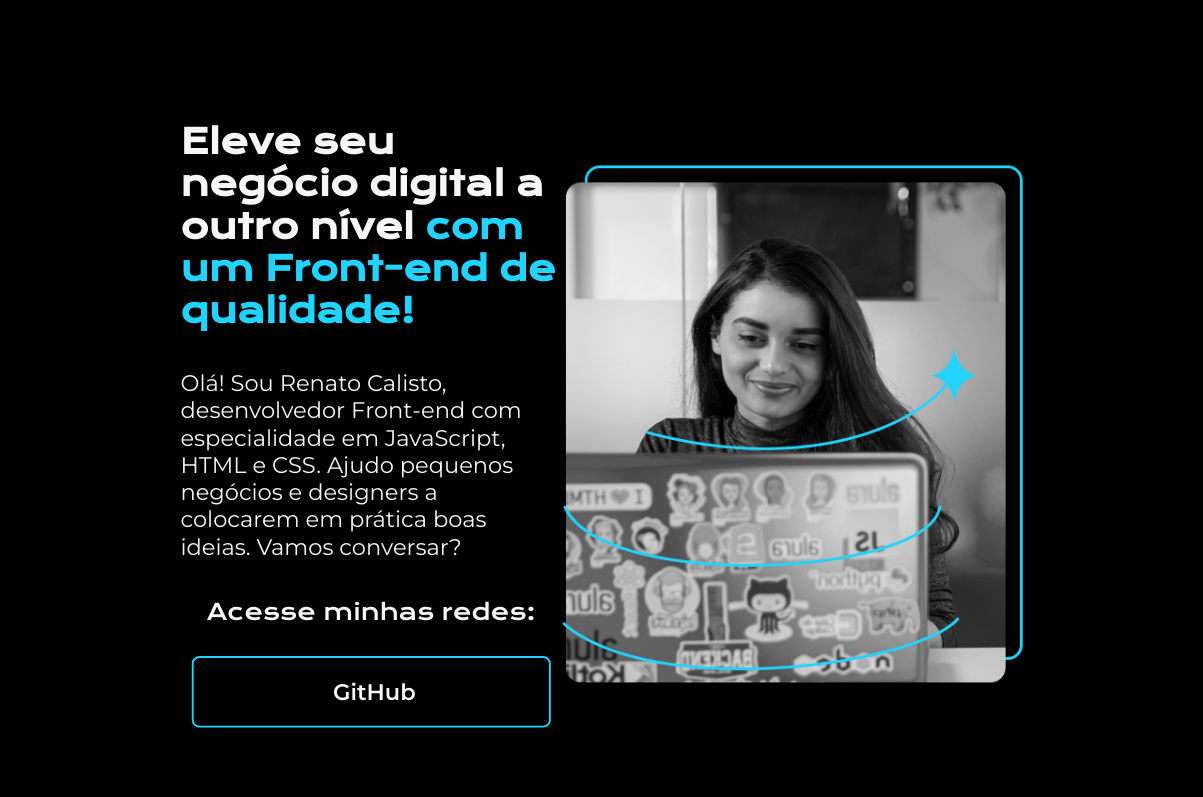
Repository: RenatoCCS/Portfolio_Alura
Page: index.html
These files come from the project's save history. The page is drawn as it stood at one moment and after the next save; the edit follows.
The browser window is 1280 px wide. The pictures show the whole page, at 94% of full size.

Above is the page before, as saved 2023-02-28 15:16:20.

### index.html
<!DOCTYPE html>
<html lang="pt-br">
  <head>
    <meta charset="UTF-8" />
    <meta http-equiv="X-UA-Compatible" content="IE=edge" />
    <meta name="viewport" content="width=device-width, initial-scale=1.0" />
    <title>Portfolio</title>
    <link rel="stylesheet" href="style.css" />
  </head>
  <body>
    <header></header>
    <main class="apresentacao">
      <section class="apresentacao__conteudo">
        <h1 class="apresentacao__conteudo__titulo">
          Eleve seu negócio digital a outro nível
          <strong class="titulo-destaque">
            com um Front-end de qualidade!
          </strong>
        </h1>
        <p class="apresentacao__conteudo__texto">
          Olá! Sou Renato Calisto, desenvolvedor Front-end com especialidade em
          JavaScript, HTML e CSS. Ajudo pequenos negócios e designers a
          colocarem em prática boas ideias. Vamos conversar?
        </p>
        <div class="apresentacao__links">
          <h2 class="apresentacao__links__subtitulo">Acesse minhas redes:</h2>

          <a
            class="apresentacao__links__link"
            href="https://github.com/RenatoCCS"
          >
            <img src="" alt="" />
            GitHub
          </a>
        </div>
      </section>
      <img
        class="apresentacao__foto"
        src="./assets/Imagem.png"
        alt="Renato fazendo sinal de positivo com ambas as mãos"
      />
    </main>
    <footer></footer>
  </body>
</html>

### style.css
@import url('https://fonts.googleapis.com/css2?family=Krona+One&family=Montserrat:wght@400;600&display=swap');

* {
  margin: 0;
  padding: 0;
}

body {
  height: 100vh;
  box-sizing: border-box;
  background-color: #000000;
  color: #f6f6f6;
}

.titulo-destaque {
  color: #22d4fd;
}

.apresentacao {
  margin: 10% 15%;
  display: flex;
  align-items: center;
  justify-content: space-between;
}

.apresentacao__conteudo {
  width: 615px;
  display: flex;
  flex-direction: column;
  gap: 40px;
}

.apresentacao__conteudo__titulo {
  font-size: 36px;
  font-family: 'Krona One', sans-serif;
}

.apresentacao__conteudo__texto {
  font-size: 24px;
  font-family: 'Montserrat', sans-serif;
}

.apresentacao__links {
  display: flex;
  flex-direction: column;
  justify-content: space-between;
  align-items: center;
  gap: 32px;
}

.apresentacao__links__subtitulo {
  font-family: 'Krona One', sans-serif;
  font-weight: 400;
  font-size: 24px;
}

.apresentacao__links__link {
  /* background-color: #22d4fd; foi trocado o estilo*/
  border: 2px solid #22d4fd;
  width: 378px;
  text-align: center;
  border-radius: 8px;
  font-size: 24px;
  font-weight: 600;
  padding: 21.5px 0;
  text-decoration: none;
  color: #f6f6f6;
  font-family: 'Montserrat', sans-serif;
}

/*Utilizei minha foto e fui adaptando o tamanho de acordo com o que tinha no figma
.apresentacao__foto {
  height: 500px;
  width: 532px;
  left: 1032px;
  top: 253px;
  border-radius: 16px;
}*/

After the next save:
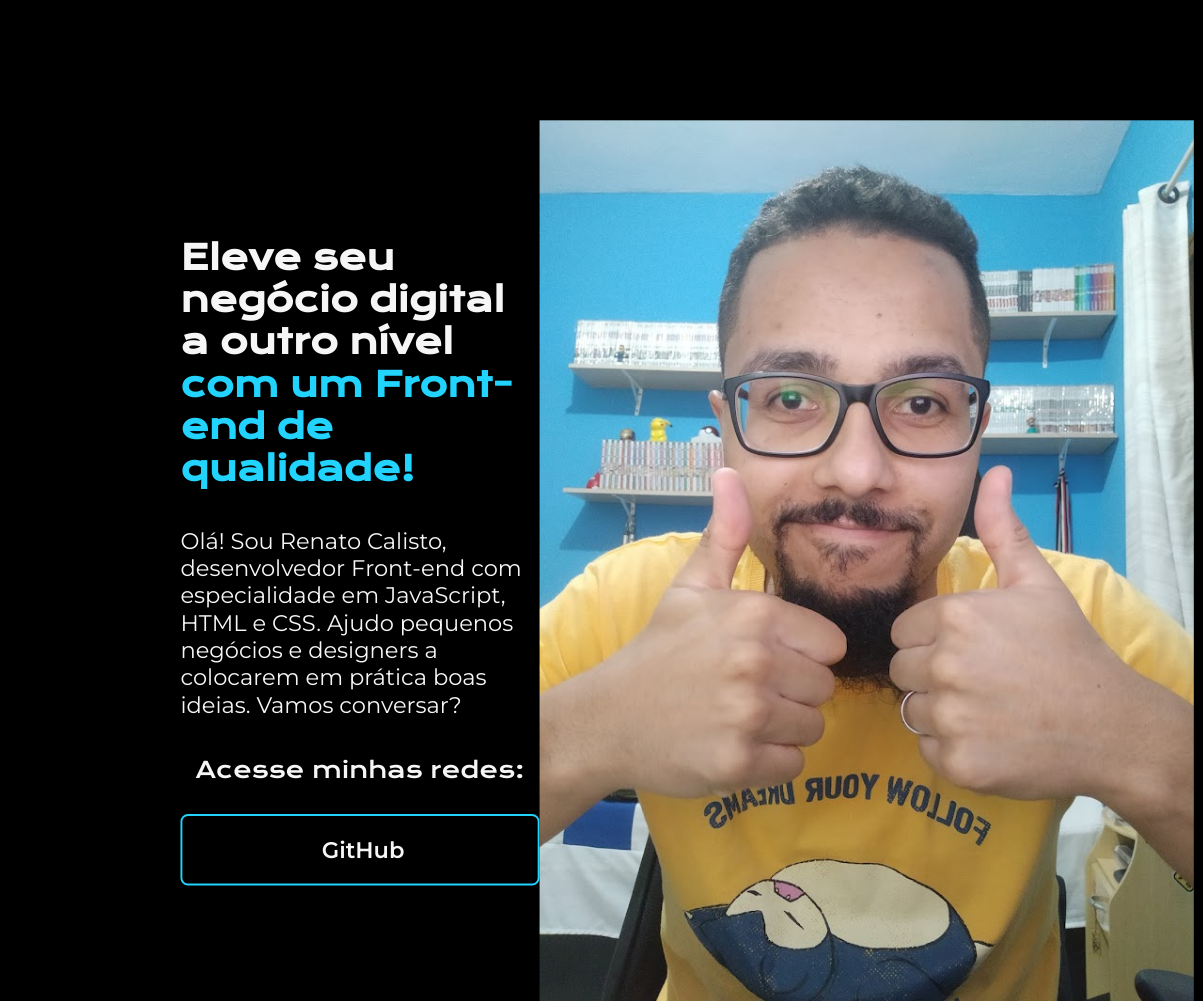
Saved 114 s later.
--- a/index.html
+++ b/index.html
@@ -36,7 +36,7 @@
       </section>
       <img
         class="apresentacao__foto"
-        src="./assets/Imagem.png"
+        src="./assets/renato.jpg"
         alt="Renato fazendo sinal de positivo com ambas as mãos"
       />
     </main>
